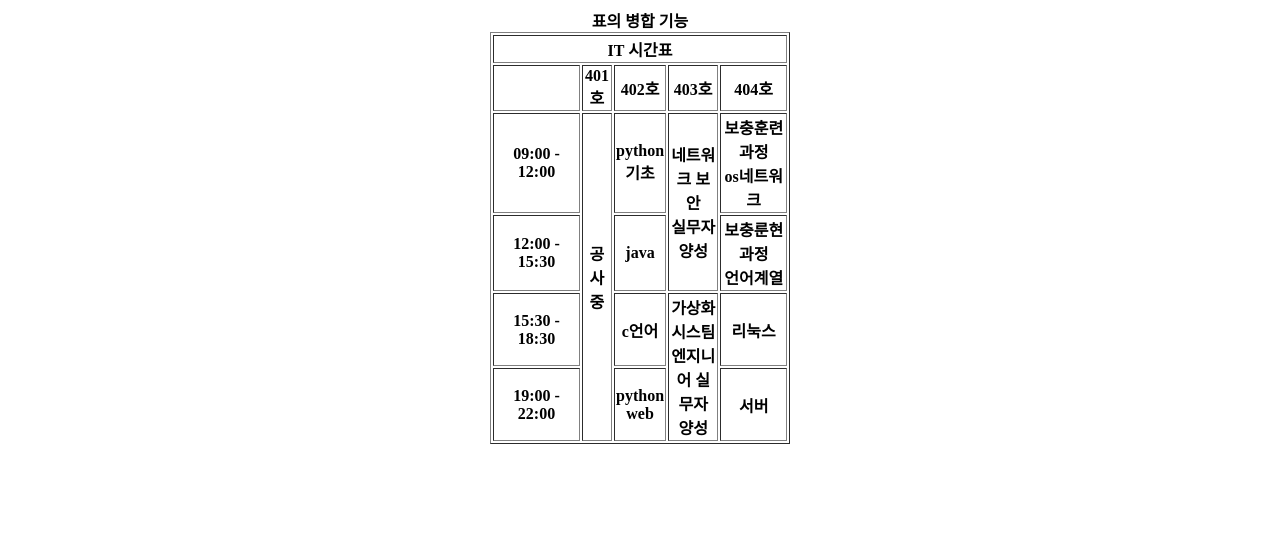
Repository: sika5382/jsp
Page: html/WebContent/NewFile1.html
These files come from the project's save history. The page is drawn as it stood at one moment and after the next save; the edit follows.
The browser window is 1280 px wide. The pictures show the whole page.

Above is the page before, as saved 2020-10-29 06:13:31.

After the next save:
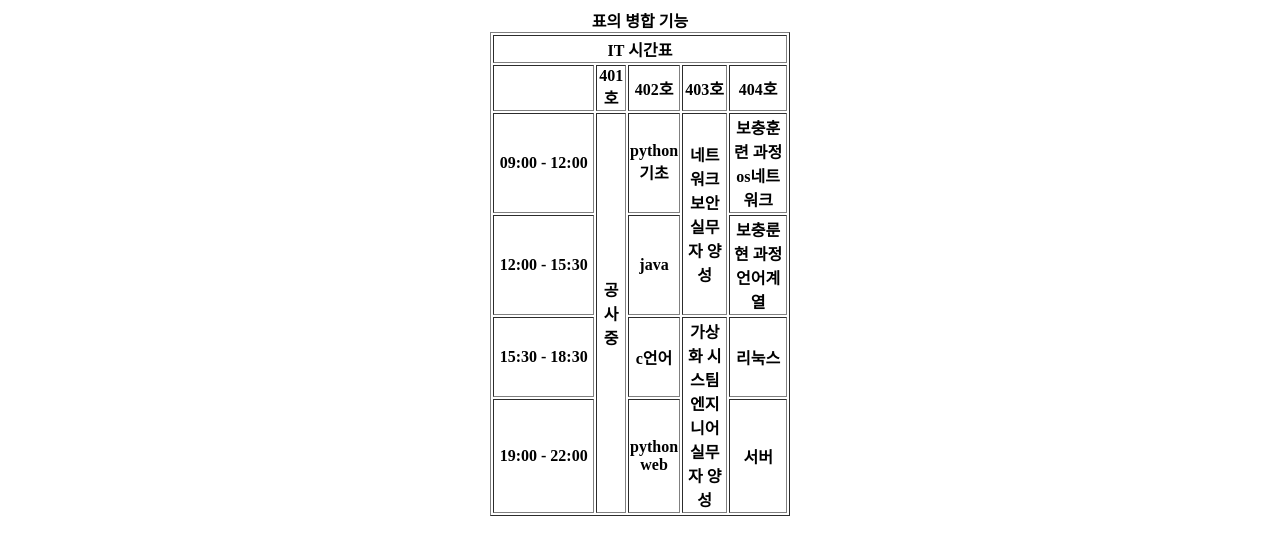
Saved 5 s later.
--- a/html/WebContent/NewFile1.html
+++ b/html/WebContent/NewFile1.html
@@ -16,7 +16,7 @@
 		</tr>
 
 		<tr>
-			<th width ="600"></th>
+			<th width ="1000"></th>
 			<th width ="50">401호</th>
 			<th>402호</th>
 			<th width ="300">403호</th>
